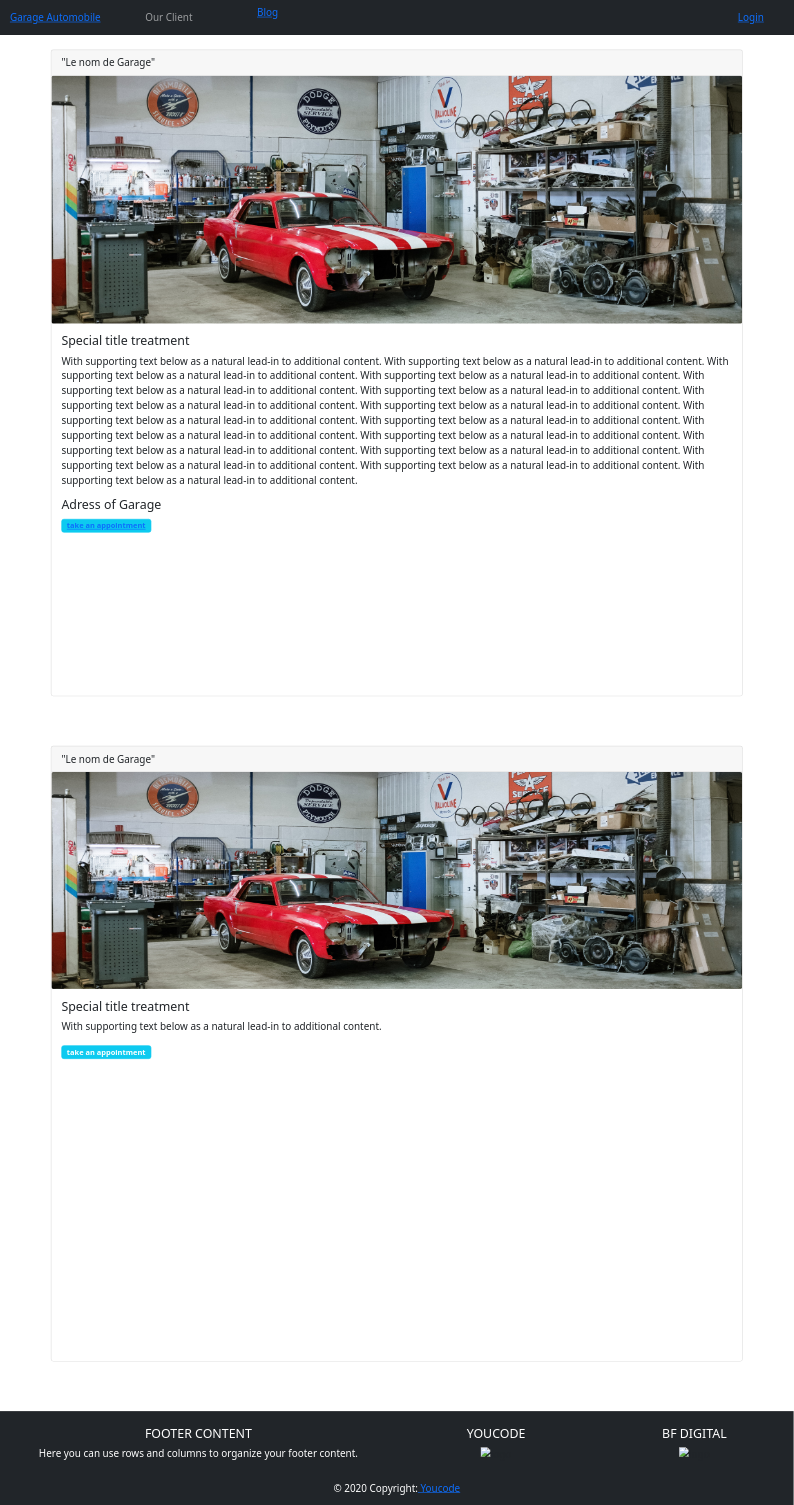
Repository: abdelhak-f/Fil-Rouge
Page: /blog (app in client/)
An editor plug-in stored every save of this project. The page is shown before and after the next save, followed by the edit.
The browser window is 1280 px wide. The pictures show the whole page, at 62% of full size.
The project was rebuilt for these pictures with package versions that can differ from the ones it lists, and the page was loaded fresh each time. Also part of the build but not shown: client/src/components/Text.jsx, client/src/components/forms/FirstFrontForm.jsx, client/src/components/Body.jsx, client/src/components/forms/FormGarage.jsx, client/src/components/loged/login/Login.jsx, client/src/components/loged/register/Register.jsx.

Above is the page before, as saved 2021-09-12 14:00:23.

### client/public/index.html
<!DOCTYPE html>
<html lang="en">
  <head>
    <meta charset="utf-8" />
    <link rel="icon" href="%PUBLIC_URL%/favicon.ico" />
    <meta name="viewport" content="width=device-width, initial-scale=1" />
    <meta name="theme-color" content="#000000" />
    <meta
      name="description"
      content="Web site created using create-react-app"
    />
    <!--   import bootstrao  -->
    <link
  rel="stylesheet"
  href="https://cdn.jsdelivr.net/npm/bootstrap@5.1.0/dist/css/bootstrap.min.css"
  integrity="sha384-KyZXEAg3QhqLMpG8r+8fhAXLRk2vvoC2f3B09zVXn8CA5QIVfZOJ3BCsw2P0p/We"
  crossorigin="anonymous"
  />

    <link rel="apple-touch-icon" href="%PUBLIC_URL%/logo192.png" />
    <!--
      manifest.json provides metadata used when your web app is installed on a
      user's mobile device or desktop. See https://developers.google.com/web/fundamentals/web-app-manifest/
    -->
    <link rel="manifest" href="%PUBLIC_URL%/manifest.json" />
    <!--
      Notice the use of %PUBLIC_URL% in the tags above.
      It will be replaced with the URL of the `public` folder during the build.
      Only files inside the `public` folder can be referenced from the HTML.

      Unlike "/favicon.ico" or "favicon.ico", "%PUBLIC_URL%/favicon.ico" will
      work correctly both with client-side routing and a non-root public URL.
      Learn how to configure a non-root public URL by running `npm run build`.
    -->
    <title>React App</title>
  </head>
  <body>
    <noscript>You need to enable JavaScript to run this app.</noscript>
    <div id="root"></div>
    <!--
      This HTML file is a template.
      If you open it directly in the browser, you will see an empty page.

      You can add webfonts, meta tags, or analytics to this file.
      The build step will place the bundled scripts into the <body> tag.

      To begin the development, run `npm start` or `yarn start`.
      To create a production bundle, use `npm run build` or `yarn build`.
    -->
  </body>
</html>

### client/src/index.js
import React from 'react';
import ReactDOM from 'react-dom';
import './index.css';
import App from './App';
import reportWebVitals from './reportWebVitals';

// import bootstrap
import 'bootstrap/dist/css/bootstrap.min.css';

ReactDOM.render(
  <React.StrictMode>
    <App />
  </React.StrictMode>,
  document.getElementById('root')
);

// If you want to start measuring performance in your app, pass a function
// to log results (for example: reportWebVitals(console.log))
// or send to an analytics endpoint. Learn more: https://bit.ly/CRA-vitals
reportWebVitals();

### client/src/App.js
// import './App.css';
import React from 'react';

import Navbar from './components/Nnavbar';
import Body from './components/Body';
import Footer from './components/Footer';
import Blog from './components/Blog';
import FormGarage from './components/forms/FormGarage'
import Login from './components/loged/login/Login';
import Register from './components/loged/register/Register';

import { BrowserRouter as Router, Switch, Route } from 'react-router-dom';






function App() {
  return (


    <>
<Router>

     <Navbar />




    <Switch>
    <Route  path="/" exact component={Body} />
    <Route  path="/Blog" component={Blog} />
    <Route  path="/FormGarage" component={FormGarage} />
    <Route  path="/login" component={Login} />
    <Route  path="/register" component={Register} />
    </Switch>

    <Footer/>
</Router>
    </>

  );
}

export default App;

### client/src/components/Nnavbar.jsx
import React from 'react';
import { NavLink } from 'react-router-dom';

import * as ReactBootstrap from 'react-bootstrap';









function Navbar() {
    return(
      <>

            <ReactBootstrap.Navbar className="mb-5" collapseOnSelect expand="lg" bg="dark" variant="dark" fixed="top">

 <NavLink className="mx-3" to="/">Garage Automobile</NavLink>
 <ReactBootstrap.Navbar.Toggle aria-controls="responsive-navbar-nav" />
 <ReactBootstrap.Navbar.Collapse id="responsive-navbar-nav">
   <ReactBootstrap.Nav className="me-auto">
     <ReactBootstrap.Nav.Link className="mx-5" href="#features">Our Client</ReactBootstrap.Nav.Link>
     <NavLink  className="px-5" to="/blog">Blog</NavLink>
     {/* <ReactBootstrap.NavDropdown title="Dropdown" id="collasible-nav-dropdown">
       <ReactBootstrap.NavDropdown.Item href="#action/3.1">Action</ReactBootstrap.NavDropdown.Item>
       <ReactBootstrap.NavDropdown.Item href="#action/3.2">Another action</ReactBootstrap.NavDropdown.Item>
       <ReactBootstrap.NavDropdown.Item href="#action/3.3">Something</ReactBootstrap.NavDropdown.Item>
       <ReactBootstrap.NavDropdown.Divider />
       <ReactBootstrap.NavDropdown.Item href="#action/3.4">Separated link</ReactBootstrap.NavDropdown.Item>
     </ReactBootstrap.NavDropdown> */}
   </ReactBootstrap.Nav>
   <ReactBootstrap.Nav>
     <NavLink  className="px-5"  to="/login"> Login</NavLink>
     {/* <ReactBootstrap.Nav.Link eventKey={2} href="#memes">
       Admin
     </ReactBootstrap.Nav.Link> */}
   </ReactBootstrap.Nav>
 </ReactBootstrap.Navbar.Collapse>

</ReactBootstrap.Navbar>





</>

    )
}

export default Navbar ;

### client/src/components/Footer.jsx
import React from "react";


function Footer () {
    return(
<footer  className="pt-4 page-footer font-small blue bg-dark ">
    <div className="text-center container-fluid text-md-left ">
        <div className="row">
            <div className="mt-3 text-white col-md-6 mt-md-0">
                <h5 className=" text-uppercase">Footer Content</h5>
                <p >Here you can use rows and columns to organize your footer content.</p>
            </div>

            <hr className="clearfix pb-0 w-100 d-md-none"/>

            <div className="mb-3 col-md-3 mb-md-0">
                <h5 className="text-white text-uppercase">Youcode</h5>
                <img src="" alt="logo" width={300} /></div>

            <div className="mb-3 col-md-3 mb-md-0">
                <h5 className="text-white text-uppercase " >BF Digital</h5>
                <img src="" alt="logo" width={300} />
            </div>
        </div>
    </div>

    <div className="py-3 text-center text-white footer-copyright " >© 2020 Copyright:
        <a href="https://www.youcode.ma/"> Youcode</a>
    </div>

</footer>
)

}

export default Footer

### client/src/components/Blog.jsx
import React from 'react'
import './css/style.css';
// import { BrowserRouter as Router, Switch, Route } from 'react-router-dom';
import { NavLink } from 'react-router-dom';
import { Container, Card, Button, Col, Row } from 'react-bootstrap';
import image from '../images/image.jpg';
// import FormGarage from './forms/FormGarage'



function Blog() {
  return (
        <>
     <Container  className="Blog" >
         {/* first blog */}
         <Card >
           <Card.Header  >"Le nom de Garage"  </Card.Header>
            <Card.Img
            style={{ height: '400px', weiht: '500px' }}
             src={image} />
            <Card.Body
             style={{ height: '600px', weiht: '500px' }}
            >
            <Card.Title>Special title treatment</Card.Title>
            <Card.Text>
                 With supporting text below as a natural lead-in to additional content.
                 With supporting text below as a natural lead-in to additional content.
                 With supporting text below as a natural lead-in to additional content.
                 With supporting text below as a natural lead-in to additional content.
                 With supporting text below as a natural lead-in to additional content.
                 With supporting text below as a natural lead-in to additional content.
                 With supporting text below as a natural lead-in to additional content.
                 With supporting text below as a natural lead-in to additional content.
                 With supporting text below as a natural lead-in to additional content.
                 With supporting text below as a natural lead-in to additional content.
                 With supporting text below as a natural lead-in to additional content.
                 With supporting text below as a natural lead-in to additional content.
                 With supporting text below as a natural lead-in to additional content.
                 With supporting text below as a natural lead-in to additional content.
                 With supporting text below as a natural lead-in to additional content.
                 With supporting text below as a natural lead-in to additional content.
                 With supporting text below as a natural lead-in to additional content.
            </Card.Text>
            <Card.Title>Adress of Garage</Card.Title>
            <Button as='Col' className="badge" variant="info">
              <NavLink to="/FormGarage" >take an appointment</NavLink>
            </Button>

           </Card.Body>
        </Card>

        <Card className="Blog">
           <Card.Header  >"Le nom de Garage"  </Card.Header>
            <Card.Img
             style={{ height: '350px', weiht: '500px' }}
            src={image} />
            <Card.Body style={{ height: '600px', weiht: '500px' }}>
            <Card.Title>Special title treatment</Card.Title>
            <Card.Text>
                 With supporting text below as a natural lead-in to additional content.
            </Card.Text>

            <Row>
               <Col>
               <Button className="badge" variant="info">take an appointment</Button>
               </Col>
               <Col>
               {/* <>Special title treatment</> */}
               </Col>
            </Row>
           </Card.Body>
        </Card>

        {/* second blog */}

     </Container>




{/* <Router>
    <Switch>
     <Route  path="/" component={FormGarage} />
    </Switch>

</Router> */}

</>

  )

}

export default Blog

### client/src/components/css/style.css

.Blog {
    margin-top: 5rem;
    margin-bottom: 5rem;
  }
  .Login{
    margin-top: 5rem;
    margin-bottom: 5rem;
    margin-left: 25%;
    margin-right: 25%;
  }

  .form-inline {
      margin-top:  5%;
      width: 80%;
      height: 5%;
  }
  .btn{
      margin-bottom: 23%;
  }

  .owner{
      margin-top: 5rem;
  }

Loaded but not shown: client/src/index.css (common file); client/src/reportWebVitals.js (common file)

After the next save:
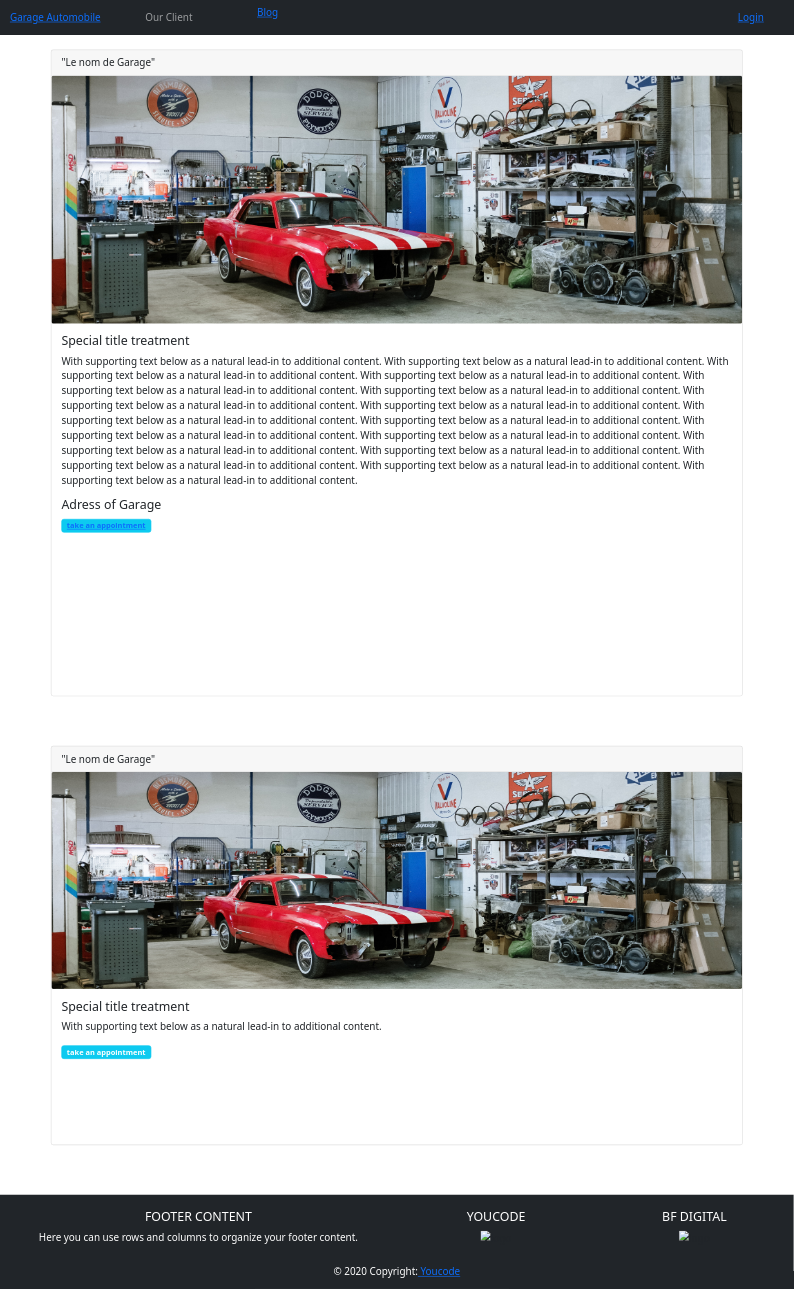
Saved 13 s later.
--- a/client/src/components/Blog.jsx
+++ b/client/src/components/Blog.jsx
@@ -54,7 +54,7 @@ function Blog() {
             <Card.Img
              style={{ height: '350px', weiht: '500px' }}
             src={image} />
-            <Card.Body style={{ height: '600px', weiht: '500px' }}>
+            <Card.Body>
             <Card.Title>Special title treatment</Card.Title>
             <Card.Text>
                  With supporting text below as a natural lead-in to additional content.
